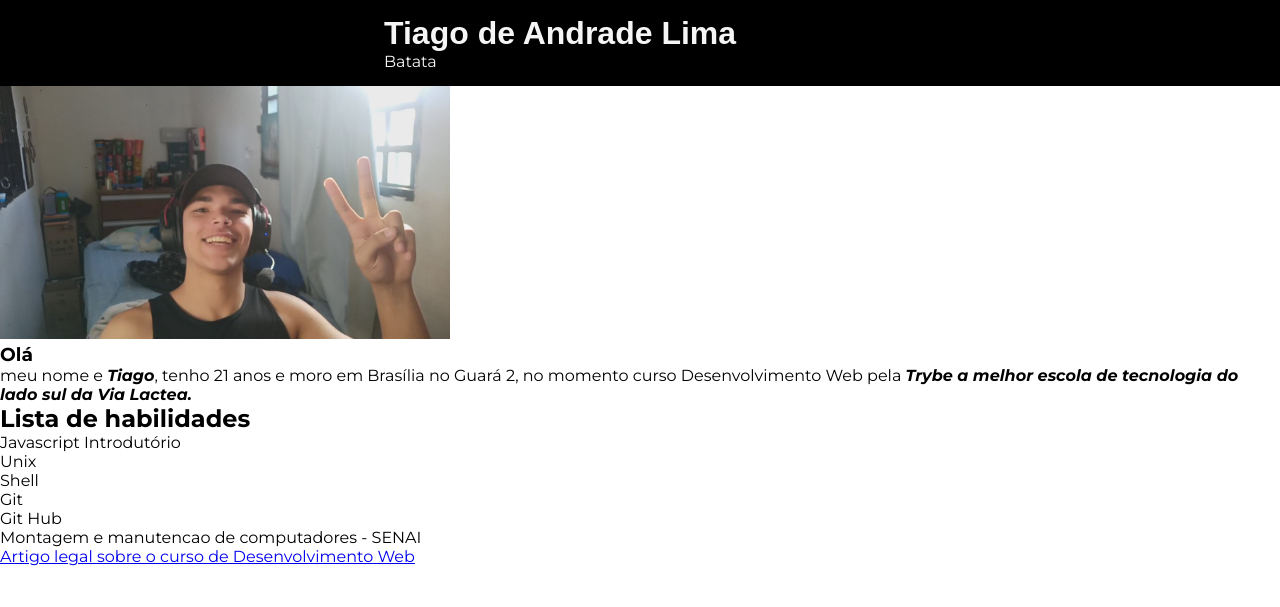
Repository: Batatiago/Batatiago.github.io
Page: index.html
An editor plug-in stored every save of this project. The page is shown before and after the next save, followed by the edit.
The browser window is 1280 px wide. The pictures show the whole page.

Above is the page before, as saved 2023-06-29 10:56:50.

After the next save:
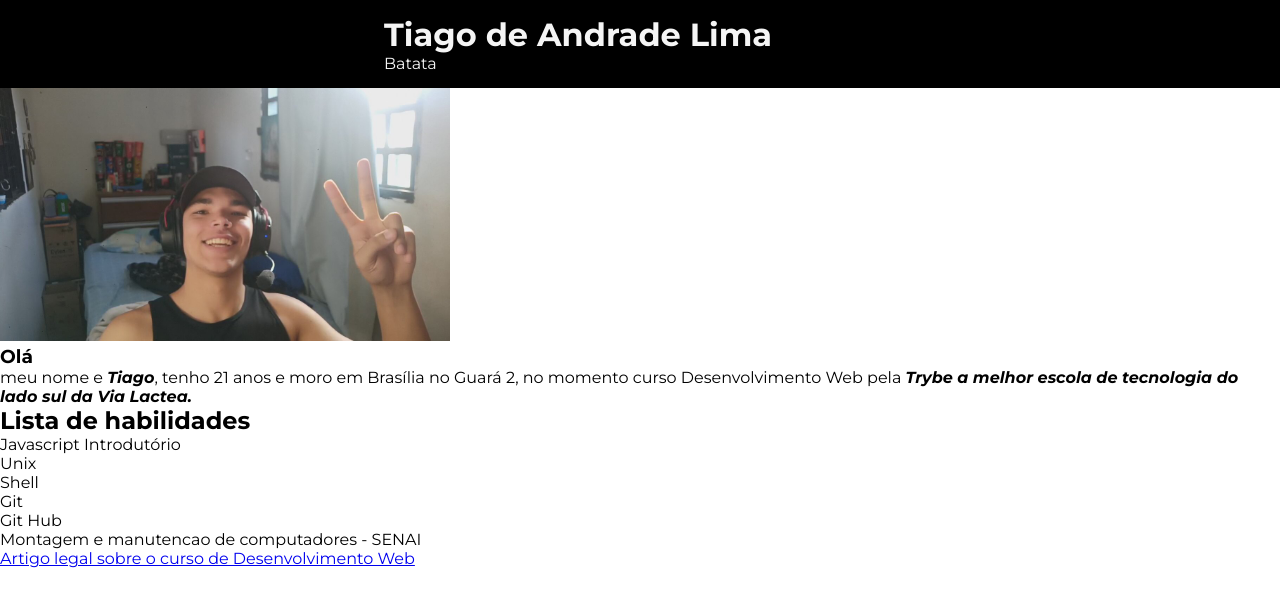
Saved 49 s later.
--- a/style.css
+++ b/style.css
@@ -19,6 +19,6 @@ body {
     margin: auto;
 }
 
-.meuNome {
+header h1{
     font-family: sans-serif;
 }
